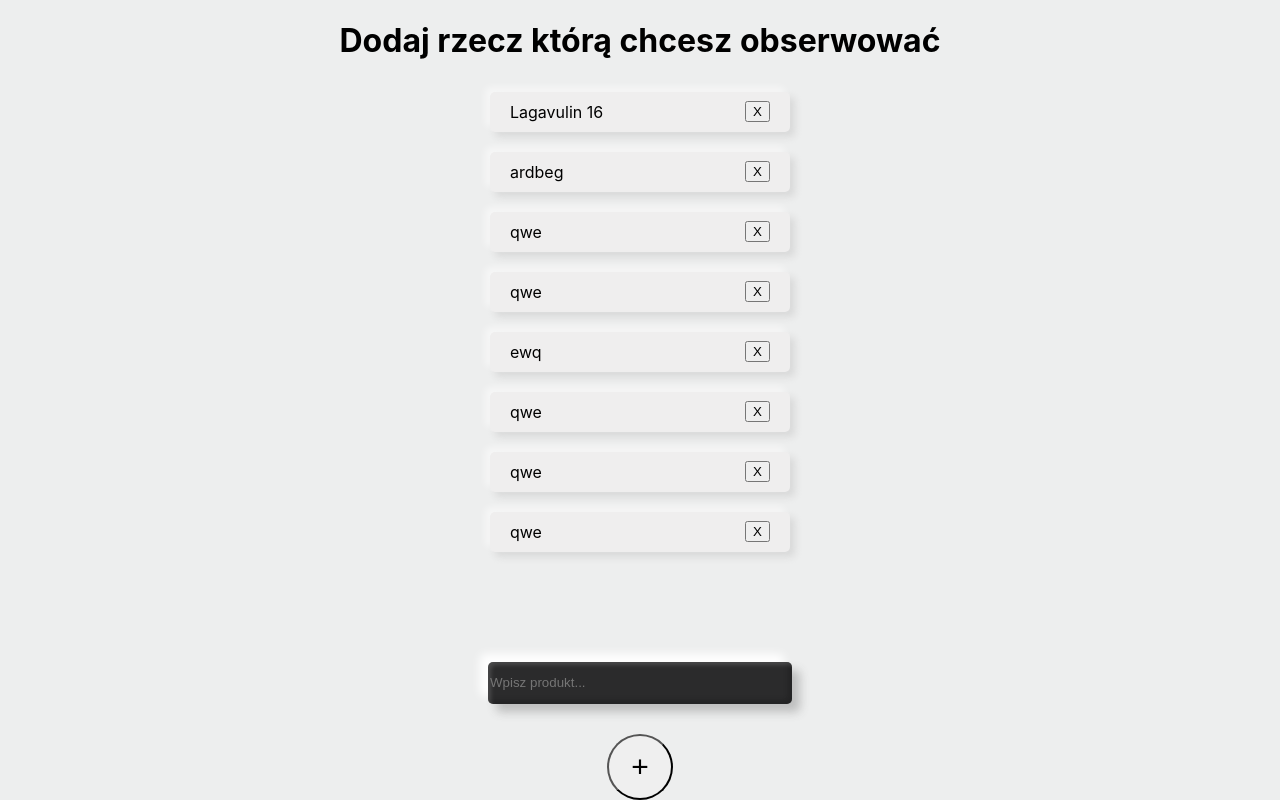
Repository: matedoo/crawler
Page: /MainApp
An editor plug-in stored every save of this project. The page is shown before and after the next save, followed by the edit.
The browser window is 1280 px wide. The pictures show the whole page.
The project was rebuilt for these pictures with package versions that can differ from the ones it lists, and the page was loaded fresh each time. Requests to the local data server were answered from the project's data file. Also part of the build but not shown: src/Components/button.js, src/Components/LoginComponents/LoginApp.js, src/Components/LoginComponents/RegisterApp.js, src/Components/btnContainer.js, src/Components/heading.js, src/Components/LoginComponents/StartApp.js.

Above is the page before, as saved 2020-05-01 19:06:47.

After the next save:
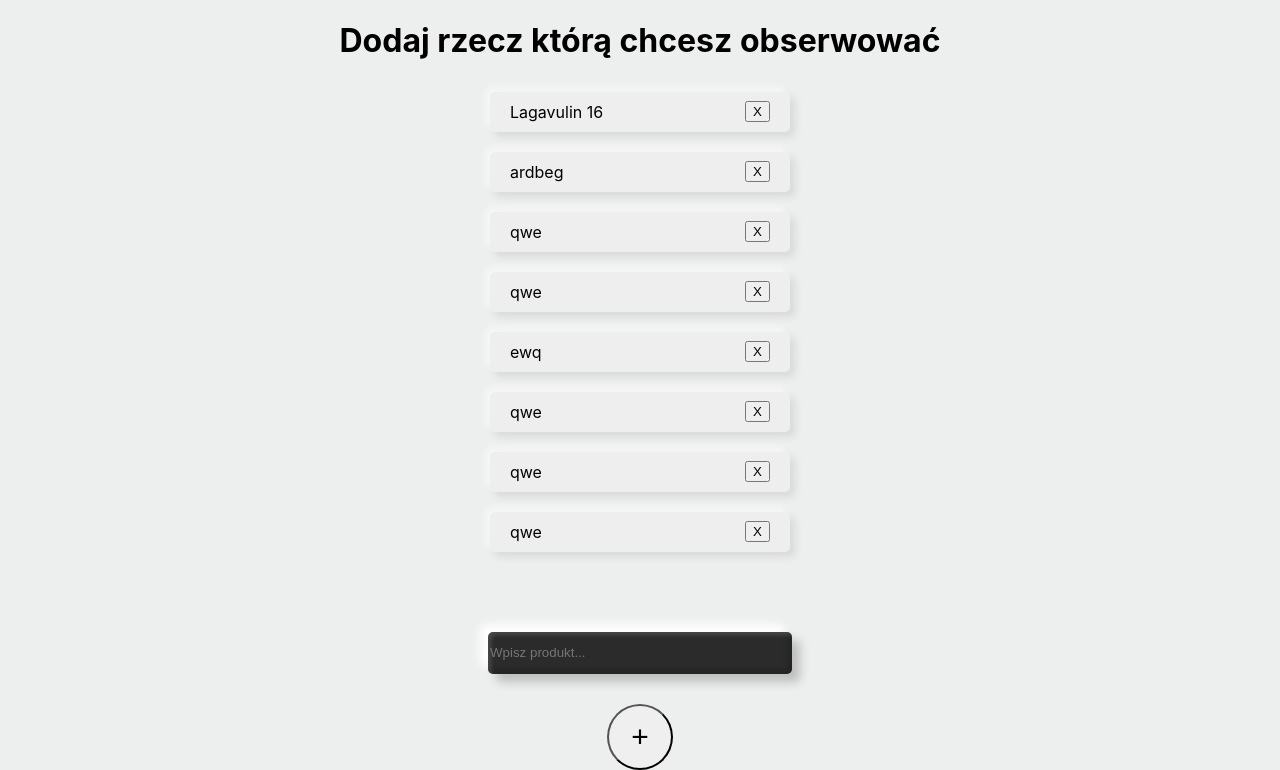
Saved 60 s later.
--- a/src/Components/MainApp/MainApp.js
+++ b/src/Components/MainApp/MainApp.js
@@ -144,7 +144,7 @@ const LoadSpinner = styled.div`
 const AddInput = styled.input`
   width: 300px;
   height: 40px;
-  margin-top: 100px;
+  margin-top: 70px;
   border-radius: 5px;
   border: 0;
   color: #fff;
